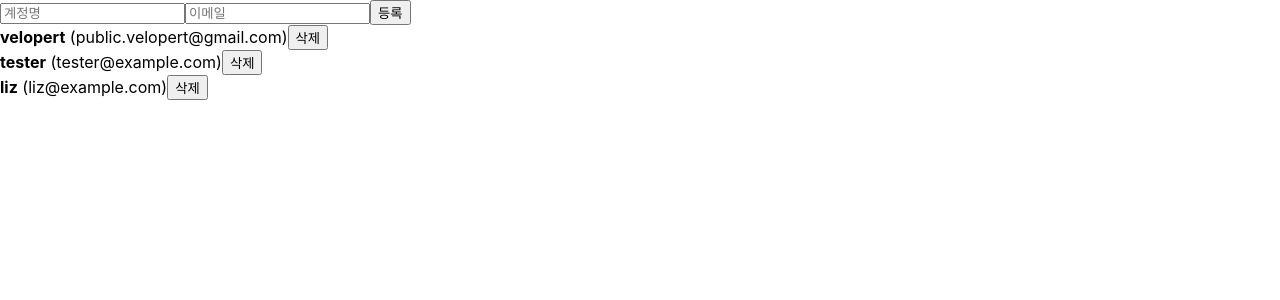
Repository: sojihwan/react-restart
Page: / (app in re-recat/)
The author's editor kept a copy of each file at every save. The page is drawn from the files as they stood at one save, then again after the next save.
The browser window is 1280 px wide. The pictures show the whole page.
The project was rebuilt for these pictures with package versions that can differ from the ones it lists, and the page was loaded fresh each time. Also part of the build but not shown: re-recat/src/App.css.

Above is the page before, as saved 2022-09-05 13:40:42.

### re-recat/src/App.js
import React, { useRef, useState } from 'react';
// import Hello from './step1/Hello';
// import Porps from './step2/props'
// import Wrapper from './step2/Wrapper';
// import Counter from './step3/Counter';
// import InputSample from './step4/InputSample';
import UserList from './step5/UserList';
import CreateUser from './step5/CreateUser';
import './App.css';


function App() {
  // step1
  // const name = 'react';
  // const style = {
  //   backgroundColor: 'black',
  //   color: 'aqua',
  //   fontSize: 24, // 기본 단위 px
  //   padding: '1rem' // 다른 단위 사용 시 문자열로 설정
  // }

  // return (
  //   <>
  //     {/* 주석은 화면에 보이지 않습니다 */}
  //     <Hello
  //        열리는 태그 내부에서는 이렇게 주석을 작성 할 수 있습니다.
  //     />
  //     <div style={style}>{name}</div>
  //     <div className="gray-box"></div>
  //   </>
  // );

  //step2
  // return (
  //   <Wrapper>
  //     <Porps name="react" color="red"/>
  //     <Porps color="pink"/>
  //   </Wrapper>
  // );

  //step3
  // return (
  //   <Counter />
  // );

  //step4
  // return (
  //   <InputSample />
  // );

  //step5
  const [inputs, setInputs] = useState({
    username: '',
    email: ''
  });
  const { username, email } = inputs;
  const onChange = e => {
    const { name, value } = e.target;
    setInputs({
      ...inputs,
      [name]: value
    });
  };
  const [users, setUsers] = useState([
    {
      id: 1,
      username: 'velopert',
      email: 'public.velopert@gmail.com',
      active: true
    },
    {
      id: 2,
      username: 'tester',
      email: 'tester@example.com',
      active: false
    },
    {
      id: 3,
      username: 'liz',
      email: 'liz@example.com',
      active: false
    }
  ]);

  const nextId = useRef(4);
  const onCreate = () => {
    const user = {
      id: nextId.current,
      username,
      email
    };
    setUsers(users.concat(user));

    setInputs({
      username: '',
      email: ''
    });
    nextId.current += 1;
  };

  const onRemove = id => {
    // user.id 가 파라미터로 일치하지 않는 원소만 추출해서 새로운 배열을 만듬
    // = user.id 가 id 인 것을 제거함
    setUsers(users.filter(user => user.id !== id));
  };
  const onToggle = id => {
    setUsers(
      users.map(user =>
        user.id === id ? { ...user, active: !user.active } : user
      )
    );
  };
  return (
    <>
      <CreateUser
        username={username}
        email={email}
        onChange={onChange}
        onCreate={onCreate}
      />
      <UserList users={users} onRemove={onRemove} onToggle={onToggle} />
    </>
  );
}

export default App;

### re-recat/src/step5/UserList.js
import React from 'react';

function User({ user, onRemove }) {
  return (
    <div>
      <b>{user.username}</b> <span>({user.email})</span>
      <button onClick={() => onRemove(user.id)}>삭제</button>
    </div>
  );
}

function UserList({ users, onRemove }) {
  return (
    <div>
      {users.map(user => (
        <User user={user} key={user.id} onRemove={onRemove} />
      ))}
    </div>
  );
}

export default UserList;

### re-recat/src/step5/CreateUser.js
import React from 'react';

function CreateUser({ username, email, onChange, onCreate }) {
  return (
    <div>
      <input
        name="username"
        placeholder="계정명"
        onChange={onChange}
        value={username}
      />
      <input
        name="email"
        placeholder="이메일"
        onChange={onChange}
        value={email}
      />
      <button onClick={onCreate}>등록</button>
    </div>
  );
}

export default CreateUser;

Loaded but not shown: re-recat/public/index.html (common file); re-recat/src/index.js (common file); re-recat/src/index.css (common file); re-recat/src/reportWebVitals.js (common file)

After the next save:
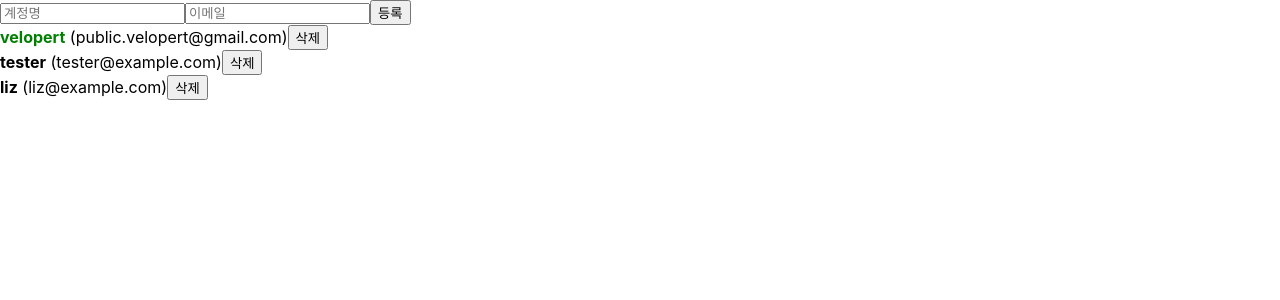
Saved 16 s later.
--- a/re-recat/src/step5/UserList.js
+++ b/re-recat/src/step5/UserList.js
@@ -1,19 +1,34 @@
 import React from 'react';
 
-function User({ user, onRemove }) {
+function User({ user, onRemove, onToggle }) {
   return (
     <div>
-      <b>{user.username}</b> <span>({user.email})</span>
+      <b
+        style={{
+          cursor: 'pointer',
+          color: user.active ? 'green' : 'black'
+        }}
+        onClick={() => onToggle(user.id)}
+      >
+        {user.username}
+      </b>
+      &nbsp;
+      <span>({user.email})</span>
       <button onClick={() => onRemove(user.id)}>삭제</button>
     </div>
   );
 }
 
-function UserList({ users, onRemove }) {
+function UserList({ users, onRemove, onToggle }) {
   return (
     <div>
       {users.map(user => (
-        <User user={user} key={user.id} onRemove={onRemove} />
+        <User
+          user={user}
+          key={user.id}
+          onRemove={onRemove}
+          onToggle={onToggle}
+        />
       ))}
     </div>
   );
